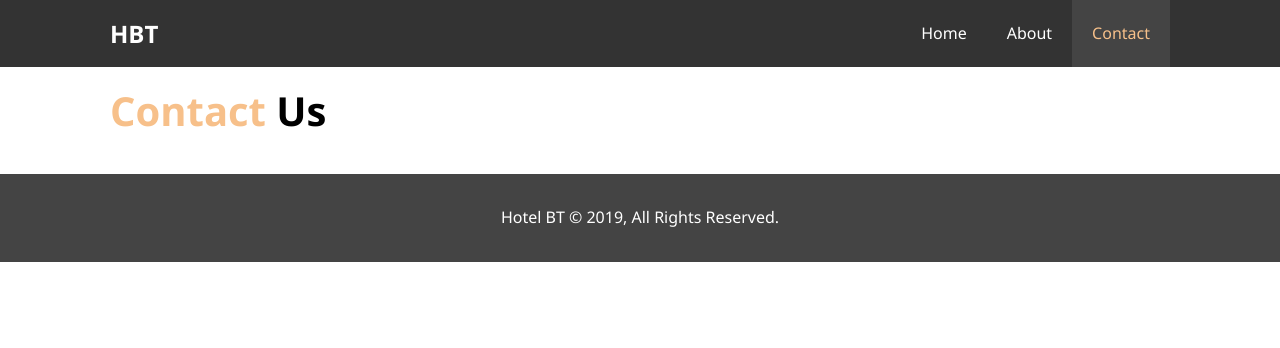
Repository: minhtien9/hotel-website
Page: contact.html
The author's editor kept a copy of each file at every save. The page is drawn from the files as they stood at one save, then again after the next save.
The browser window is 1280 px wide. The pictures show the whole page.

Above is the page before, as saved 2021-08-14 18:50:53.

### contact.html
<!DOCTYPE html>
<html lang="en">

<head>
    <meta charset="UTF-8" />
    <meta http-equiv="X-UA-Compatible" content="IE=edge" />
    <meta name="viewport" content="width=device-width, initial-scale=1.0" />
    <meta name="description" content="Welcome to the most extraordinary hotel in Boston Massachusetts" />
    <meta name="keywords" content="hotel, boston hotel, new england hotel" />
    <link rel="stylesheet" href="https://cdnjs.cloudflare.com/ajax/libs/font-awesome/5.15.4/css/all.min.css" integrity="sha512-1ycn6IcaQQ40/MKBW2W4Rhis/DbILU74C1vSrLJxCq57o941Ym01SwNsOMqvEBFlcgUa6xLiPY/NS5R+E6ztJQ==" crossorigin="anonymous" referrerpolicy="no-referrer"
    />
    <link rel="stylesheet" href="css/style.css" />
    <title>Hotel BT | Contact</title>
</head>

<body>
    <header>
        <nav id="navbar">
            <div class="container">
                <h1 class="logo">
                    <a href="index.html"></a> HBT</h1>
                <ul>
                    <li><a href="index.html">Home</a></li>
                    <li><a href="about.html">About</a></li>
                    <li><a class="current" href="contact.html">Contact</a></li>
                </ul>
            </div>
        </nav>
    </header>
    <section id="contact-form" class="py-3">
        <div class="container">
            <h1 class="l-heading"><span class="text-primary">Contact</span> Us</h1>
        </div>
    </section>
    <footer id="main-footer">
        <p>Hotel BT &copy; 2019, All Rights Reserved.</p>
    </footer>
</body>

</html>

### css/style.css
/* Reset */

* {
    margin: 0;
    padding: 0;
    box-sizing: border-box;
}


/* Main Styling */

html,
body {
    font-family: 'Segoe UI', Tahoma, Geneva, Verdana, sans-serif;
    line-height: 1.7em;
}

a {
    color: #333;
    text-decoration: none;
}

h1,
h2,
h3 {
    padding-bottom: 20px;
}

p {
    margin: 10px 0;
}


/* Utility Classes */

.container {
    margin: auto;
    max-width: 1100px;
    overflow: auto;
    padding: 0 20px;
}

.text-primary {
    color: #f7c08a;
}

.lead {
    font-size: 20px;
}

.btn {
    display: inline-block;
    font-size: 18px;
    color: #fff;
    background: #333;
    padding: 13px 20px;
    border: none;
    cursor: pointer;
}

.btn:hover {
    background: #f7c08a;
    color: #333;
}

.btn-light {
    background: #f4f4f4;
    color: #333;
}

.bg-dark {
    background: #333;
    color: #fff;
}

.bg-light {
    background: #f4f4f4;
    color: #333;
}

.bg-primary {
    background: #f7c08a;
    color: #333;
}

.clr {
    clear: both;
}

.l-heading {
    font-size: 40px;
}


/* Padding */

.py-1 {
    padding: 10px 0;
}

.py-2 {
    padding: 20px 0;
}

.py-3 {
    padding: 30px 0;
}


/* Navbar */

#navbar {
    background: #333;
    color: #fff;
    overflow: auto;
}

#navbar a {
    color: #fff;
}

#navbar h1 {
    float: left;
    padding-top: 20px;
}

#navbar ul {
    list-style: none;
    float: right;
}

#navbar ul li {
    float: left;
}

#navbar ul li a {
    display: block;
    padding: 20px;
    text-align: center;
}

#navbar ul li a:hover,
#navbar ul li a.current {
    background: #444;
    color: #f7c08a;
}


/* Show case */

#showcase {
    background: url('../img/showcase.jpg') no-repeat center center/cover;
    height: 600px;
}

#showcase .showcase-content {
    color: #fff;
    text-align: center;
    padding-top: 170px;
}

#showcase .showcase-content h1 {
    font-size: 60px;
    line-height: 1.2em;
}

#showcase .showcase-content p {
    padding: bottom 20px;
    line-height: 1.7em;
}


/* Home info */

#home-info {
    height: 400px;
}

#home-info .info-img {
    float: left;
    width: 50%;
    background: url('../img/photo-1.jpg') no-repeat;
    min-height: 100%;
}

#home-info .info-content {
    float: right;
    width: 50%;
    height: 100%;
    text-align: center;
    padding: 50px 30px;
    overflow: hidden;
}

#home-info .info-content p {
    padding-bottom: 30px;
}


/* Features */

.box {
    float: left;
    width: 33.3%;
    padding: 50px;
    text-align: center;
}

.box i {
    margin-bottom: 10px;
}


/* About */

#about-info .info-right {
    float: right;
    width: 50%;
    min-height: 100%;
}

#about-info .info-right img {
    display: block;
    margin: auto;
    width: 70%;
    border-radius: 50%;
}

#about-info .info-left {
    float: left;
    width: 50%;
    min-height: 100%;
}


/* Testimonials */

#testimonials {
    height: 600px;
    background: url('../img/test-bg.jpg') no-repeat center center/cover;
    padding-top: 100px;
}

#testimonials h2 {
    color: #fff;
    text-align: center;
    padding-bottom: 40px;
}

#testimonials .testimonial {
    padding: 20px;
    margin-bottom: 40px;
    border-radius: 5px;
    opacity: 0.9;
}

#testimonials .testimonial img {
    width: 100px;
    float: left;
    margin: -13px 20px 0 0;
    border-radius: 50%;
}


/* Footer */

#main-footer {
    text-align: center;
    background: #444;
    color: #fff;
    padding: 20px;
}

After the next save:
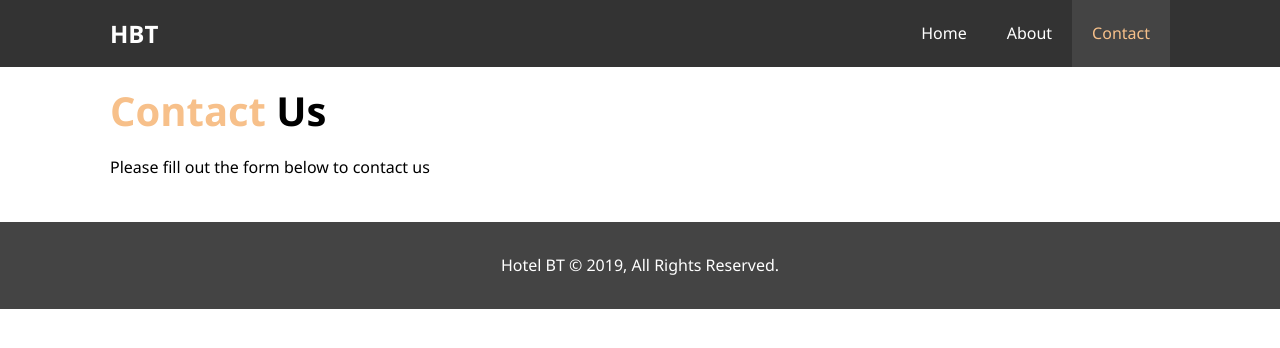
Saved 26 s later.
--- a/contact.html
+++ b/contact.html
@@ -30,6 +30,7 @@
     <section id="contact-form" class="py-3">
         <div class="container">
             <h1 class="l-heading"><span class="text-primary">Contact</span> Us</h1>
+            <p>Please fill out the form below to contact us</p>
         </div>
     </section>
     <footer id="main-footer">
